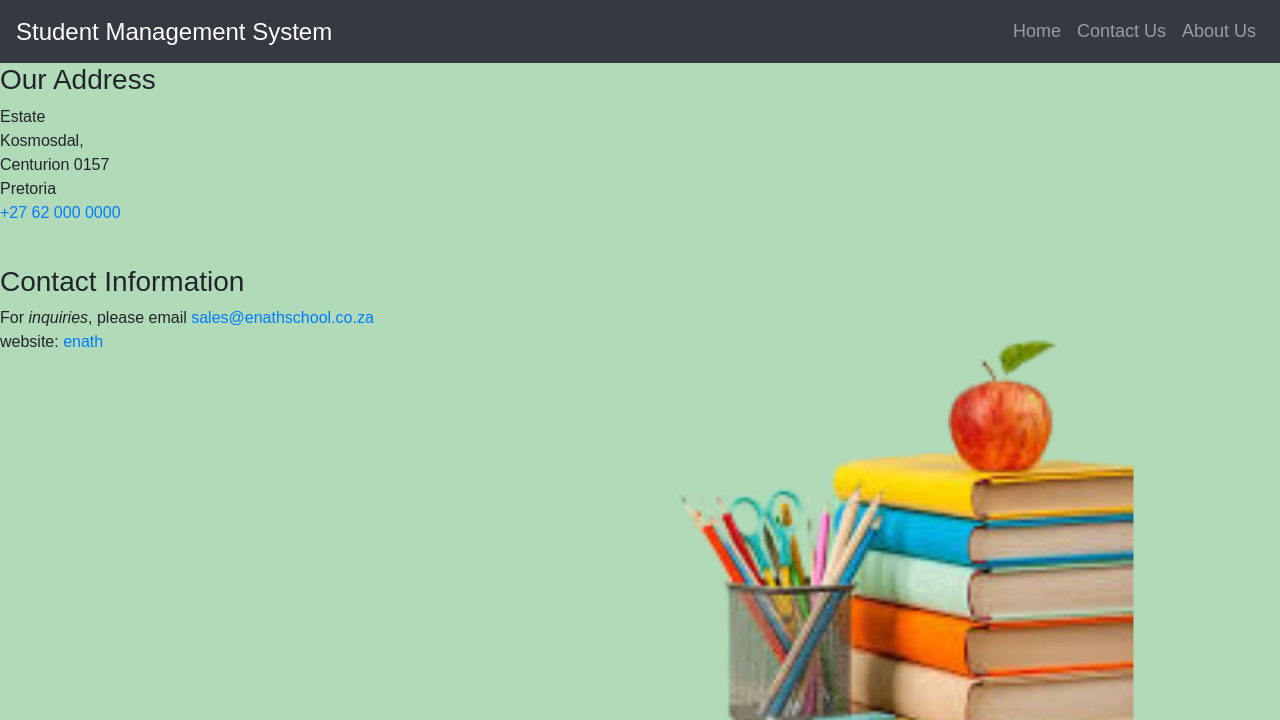
Repository: marthamutsvandiani/student_management_system
Page: http://localhost/contact_us
These files come from the project's save history. The page is drawn as it stood at one moment and after the next save; the edit follows.
The browser window is 1280 px wide. The pictures show the whole page.
The page is this project's Thymeleaf template; nobody is signed in. The template is opened directly, without the code that normally fills it, so the values that code supplies are empty.

Above is the page before, as saved 2024-11-02 18:38:04.

After the next save:
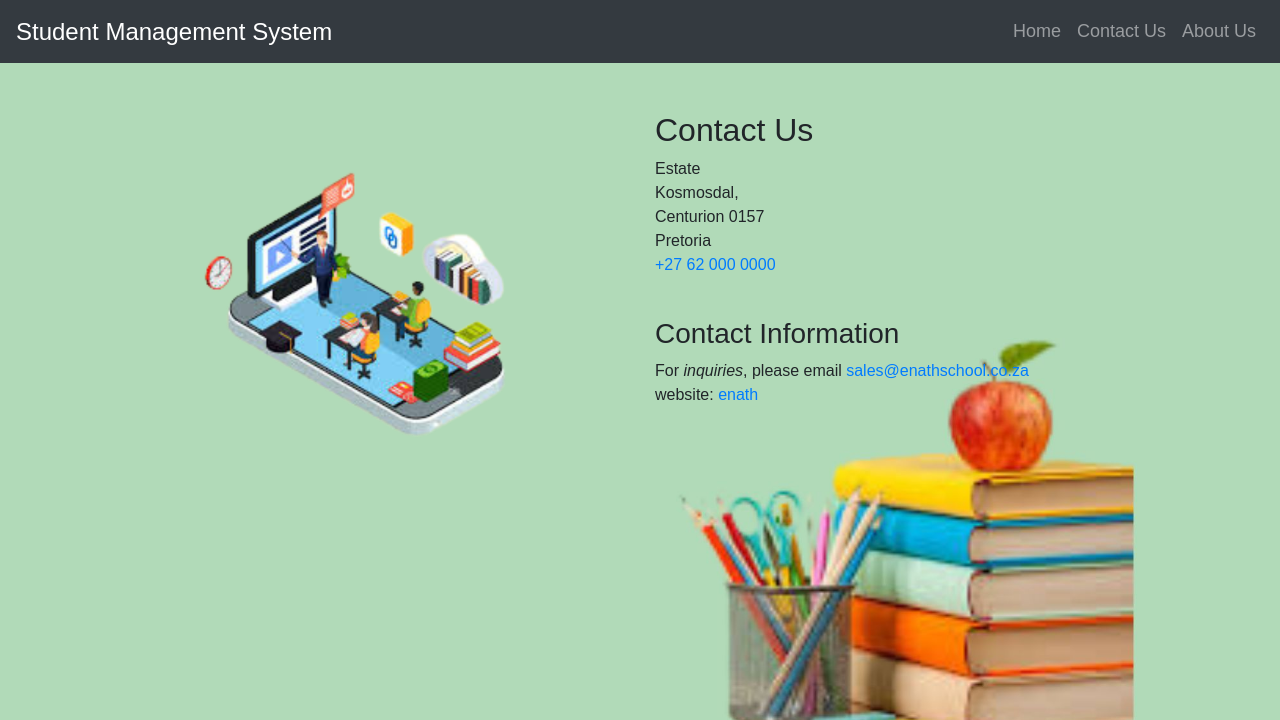
Saved 106 s later.
--- a/studentmanagementsystem/src/main/resources/templates/contact_us.html
+++ b/studentmanagementsystem/src/main/resources/templates/contact_us.html
@@ -50,7 +50,18 @@
 
 	</nav>
 
-	<h3>Our Address</h3>
+	<div class="container mt-5">
+	       <div class="row">
+	           <!-- Image Section -->
+	           <div class="col-md-6">
+	               <img src="/images/About.png" alt="Our School" class="img-fluid rounded">
+	           </div>
+
+	           <!-- Text Section -->
+	           <div class="col-md-6">
+	               <h2>Contact Us</h2>
+
+
 	        <address>
 	             Estate  <br>
 	            Kosmosdal,<br>
